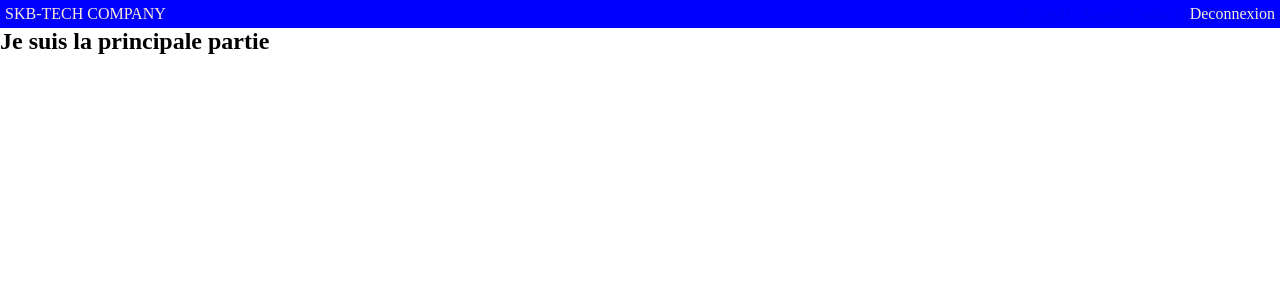
Repository: SKB-TECH/projetExpress
Page: http://localhost/
These files come from the project's save history. The page is drawn as it stood at one moment and after the next save; the edit follows.
The browser window is 1280 px wide. The pictures show the whole page.
The page is served by the project's Node server (server.js). Other server files are loaded and not shown.

Above is the page before, as saved 2022-10-21 15:21:52.

### views/main.ejs
<%- include('./includes/header.ejs') %>
<!-- Partie principale  -->
<main>
  <h2>Je suis la principale partie</h2>
</main>

<%- include('./includes/footer.ejs') %>

### views/includes/header.ejs
<!DOCTYPE html>
<html lang="en">
  <head>
    <meta charset="UTF-8" />
    <meta http-equiv="X-UA-Compatible" content="IE=edge" />
    <link
      rel="stylesheet"
      href="https://cdnjs.cloudflare.com/ajax/libs/font-awesome/6.2.0/css/all.min.css"
      integrity="sha512-xh6O/CkQoPOWDdYTDqeRdPCVd1SpvCA9XXcUnZS2FmJNp1coAFzvtCN9BmamE+4aHK8yyUHUSCcJHgXloTyT2A=="
      crossorigin="anonymous"
      referrerpolicy="no-referrer"
    />
    <meta name="viewport" content="width=device-width, initial-scale=1.0" />
    <link rel="stylesheet" href="css/style.css" />
    <title>Project Express</title>
  </head>
  <body>
  <header>
    <nav class="nav-list">
        <span class="titles1">
                SKB-TECH COMPANY
        </span>
      <div class="taches">
        <ul class="list-title">
          <li><a href="/">Acceuil</a></li>
          <li><a href="/about">About</a></li>
          <li><a href="/contact">Contact</a></li>
          <li>Deconnexion</li>
        </ul>
      </div>
    </nav>
  </header>
</html>

### server.js
const express = require('express');
const morgan = require('morgan');
const path = require('path')
const router = require('./routes/router')
const ejs = require('ejs');
const { dirname } = require('path');
const app = express()
/**
    - quelques middlewares pour specification des dossiers
    - specification du moteur de visualisation utilise
 */
app.set('view engine', 'ejs');
app.use('/css', express.static(path.resolve(__dirname, './assets/css')))
app.set('view')
app.use(morgan('tiny'))


// initialisation de toutes routes de l'application
app.use(require('./routes/router'))

// initialisation du server et du port qui va ecoute les requetes du client
app.listen(4000, () => {
    console.log("Serveur lancer deja au port 4000");
})

### controllers/Controllers.js
exports.Home = (req, res) => {
    res.render('main')
}
exports.About = (req, res) => {
    res.render('about', { nom: "Shako" })
}
exports.Contact = (req, res) => {
    res.render('contact')
}

### assets/css/style.css
* {
    padding: 0px;
    margin: 0px;
    box-sizing: border-box;
}



nav {
    display: flex;
    flex-direction: row;
    justify-content: space-between;
    gap: 500px;
    padding: 5px;
    background-color: blue;
    color: antiquewhite;
}

ul {
    display: flex;
    flex-direction: row;
    justify-content: end;
    list-style-type: none;
    gap: 10px;
}

Loaded but not shown: views/includes/footer.ejs (common file)

After the next save:
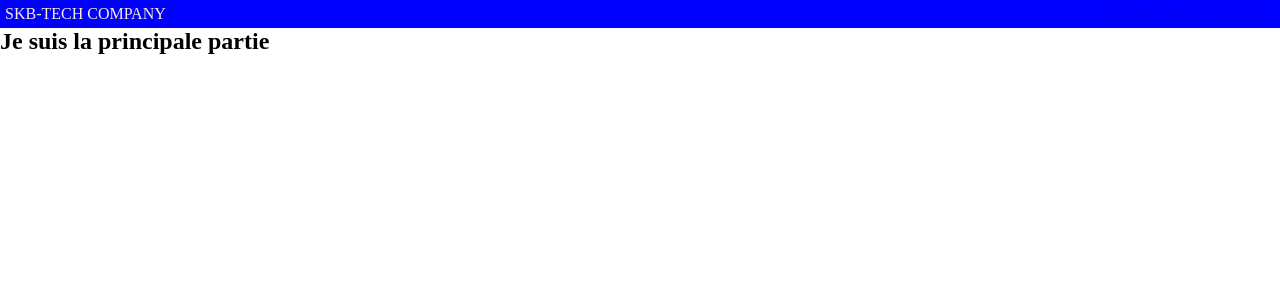
Saved 26 s later.
--- a/views/includes/header.ejs
+++ b/views/includes/header.ejs
@@ -25,7 +25,7 @@
           <li><a href="/">Acceuil</a></li>
           <li><a href="/about">About</a></li>
           <li><a href="/contact">Contact</a></li>
-          <li>Deconnexion</li>
+          <li><a href=""></a></li>
         </ul>
       </div>
     </nav>
